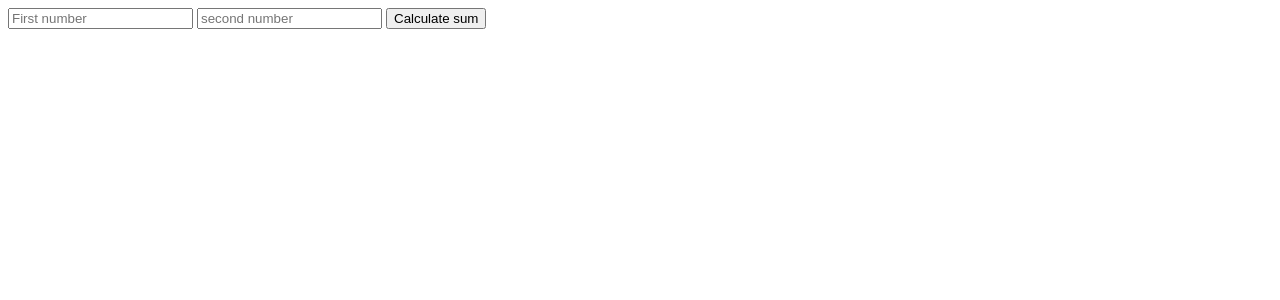
Repository: VISHALGUPTA100803/Harkirat_MERN
Page: Week 4/DOM_introduction/index.html
An editor plug-in stored every save of this project. The page is shown before and after a run of saves, followed by the edit.
The browser window is 1280 px wide. The pictures show the whole page.

Above is the page before, as saved 2024-03-12 00:18:38.

After the next 4 saves:
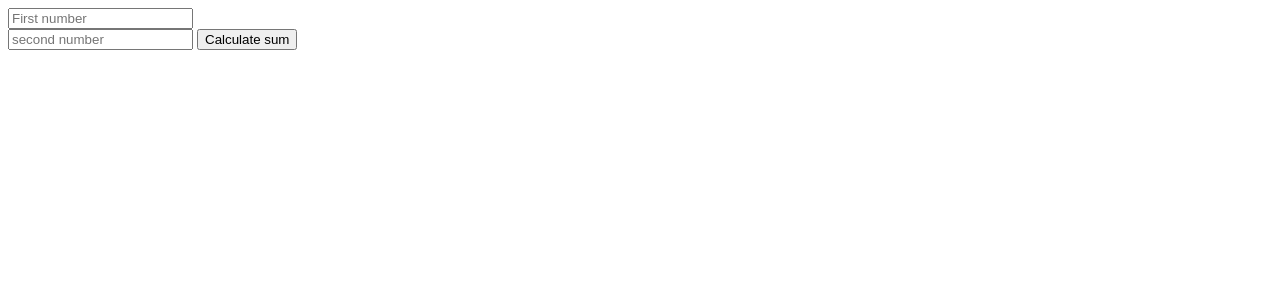
The 4 saves are shown as one change because they came seconds apart.
The last was saved 48 s later.
--- a/Week 4/DOM_introduction/index.html
+++ b/Week 4/DOM_introduction/index.html
@@ -1,6 +1,6 @@
 <html>
     <body>
-        <input type="text" placeholder="First number"></input>
+        <input type="text" placeholder="First number"></input> <br>
         <input type="text" placeholder="second number"></input>
         <button> Calculate sum</button>
     </body>
